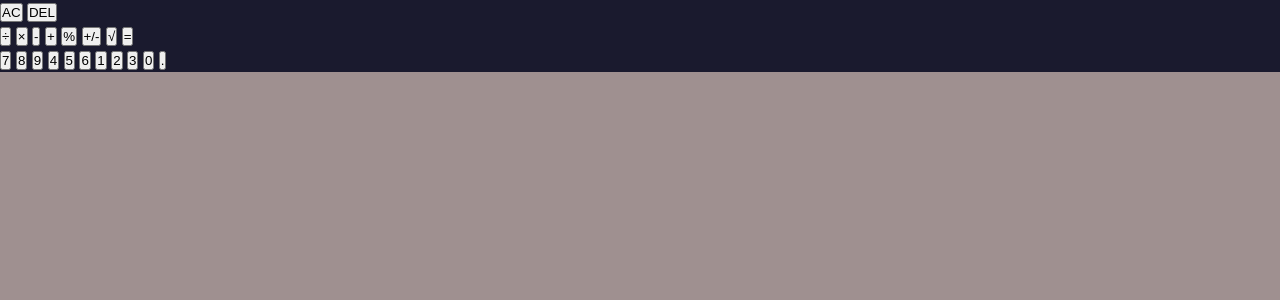
Repository: MikkyPrestige/js-calculator
Page: index.html
The author's editor kept a copy of each file at every save. The page is drawn from the files as they stood at one save, then again after the next save.
The browser window is 1280 px wide. The pictures show the whole page.

Above is the page before, as saved 2023-05-08 00:52:40.

### index.html
<!DOCTYPE html>
<html lang="en">

<head>
  <meta charset="UTF-8">
  <meta http-equiv="X-UA-Compatible" content="IE=edge">
  <meta name="viewport" content="width=device-width, initial-scale=1.0">
  <title>JavaScript Calculator</title>
  <link rel="stylesheet" href="./index.css">
  <!-- <script src="script.js" defer></script> -->
</head>

<body>
  <main>
    <section class="caluculator">
      <div class="output">
        <div class="output--curr"></div>
        <div class="output--prev"></div>
      </div>
      <div class="btns">
        <div class="btn--ctrls">
          <button class="btn btn--clear">AC</button>
          <button class="btn btn--del">DEL</button>
        </div>
        <div class="btn--ops">
          <button class="btn btn--op">÷</button>
          <button class="btn btn--op">×</button>
          <button class="btn btn--op">-</button>
          <button class="btn btn--op">+</button>
          <button class="btn btn--op">%</button>
          <button class="btn btn--op">+/-</button>
          <button class="btn btn--op">√</button>
          <button class="btn btn--op">=</button>
        </div>
        <div class="btn--nums">
          <button class="btn btn--num">7</button>
          <button class="btn btn--num">8</button>
          <button class="btn btn--num">9</button>
          <button class="btn btn--num">4</button>
          <button class="btn btn--num">5</button>
          <button class="btn btn--num">6</button>
          <button class="btn btn--num">1</button>
          <button class="btn btn--num">2</button>
          <button class="btn btn--num">3</button>
          <button class="btn btn--num">0</button>
          <button class="btn btn--num">.</button>
        </div>
      </div>
    </section>
  </main>
</body>

</html>

### index.css
*,
*::before,
*::after {
  box-sizing: border-box;
  margin: 0;
  padding: 0;
}

body {
  font-family: 'Fira Sans', sans-serif;
  font-size: 16px;
  font-weight: 400;
  line-height: 1.5;
  background: #9F9090;
  min-height: 100vh;
  width: 100vw;
}

main {
  background: rgba(26, 26, 46, 1);
  width: 100%;
  max-width: ;
}

After the next save:
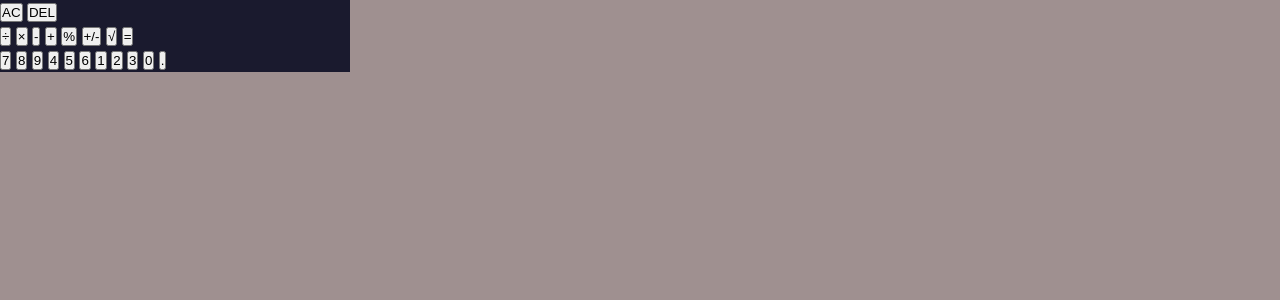
Saved 20 s later.
--- a/index.css
+++ b/index.css
@@ -19,5 +19,5 @@ body {
 main {
   background: rgba(26, 26, 46, 1);
   width: 100%;
-  max-width: ;
+  max-width: 350px;
 }
